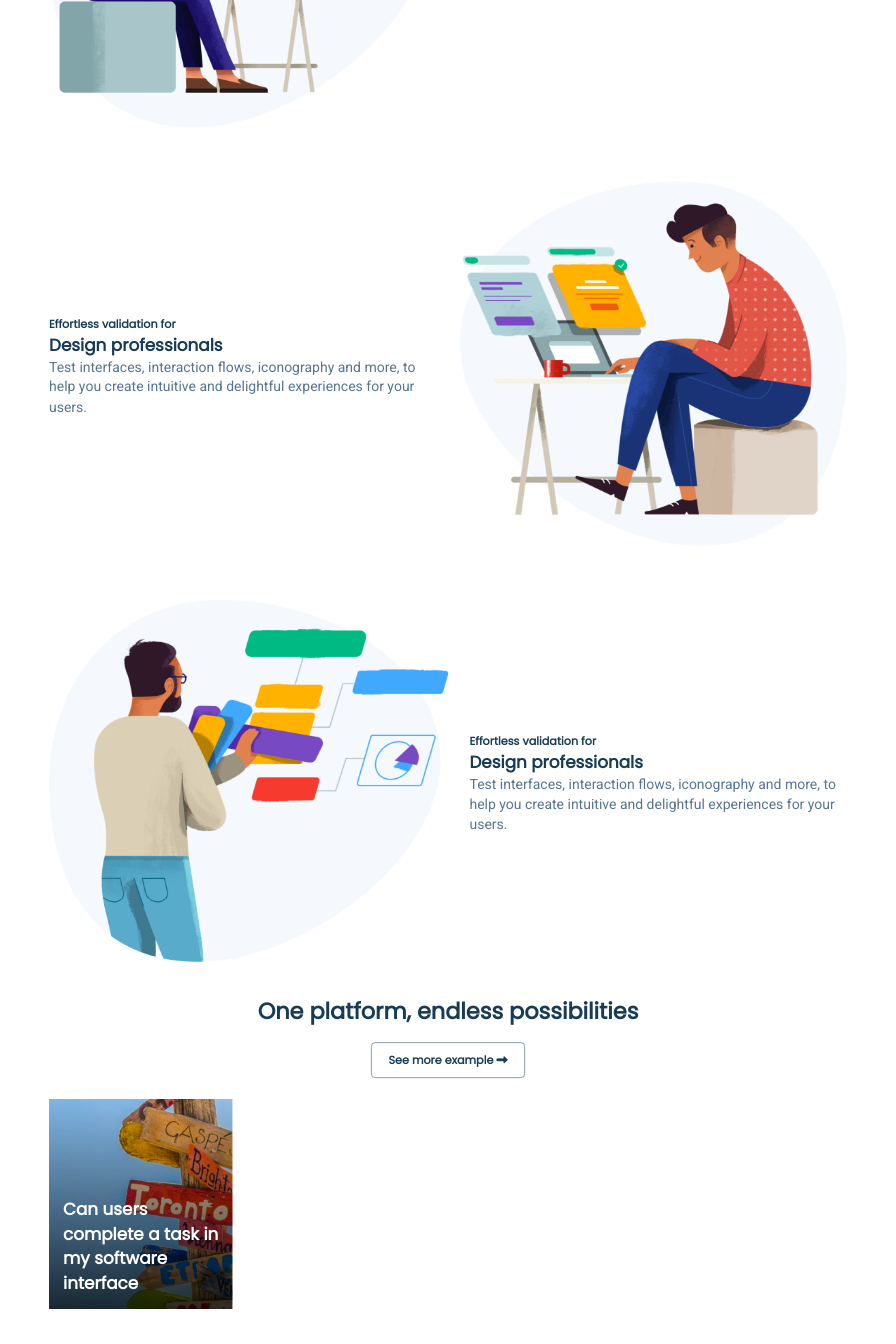
Repository: ramlakhan1/clone1
Page: index.html
An editor plug-in stored every save of this project. The page is shown before and after the next save, followed by the edit.
The browser window is 1280 px wide. The pictures show the part of the page from y = 2160 to 4080 px (the page is 4080 px tall), at 70% of full size.
Some web libraries are served in a nearby version.

Above is the page before, as saved 2022-11-29 21:34:51.

### index.html
<!DOCTYPE html>
<html lang="en">
  <head>
    <meta charset="UTF-8" />
    <meta http-equiv="X-UA-Compatible" content="IE=edge" />
    <meta name="viewport" content="width=device-width, initial-scale=1.0" />
    <title>Document</title>
    <link rel="stylesheet" href="style.css" />
  </head>
  <body>
    <div class="top-banner">
      <div class="container">
        <div class="small-bold-text banner-text">
          🥳 New to UsabilityHub: Open and closed card sorting!
        </div>
      </div>
    </div>
    <nav>
      <div class="container main-nav flex">
        <a href="#" class="company-logo">
          <img src="./assets/asset 1.png" alt="company logo" />
        </a>
        <div class="nav-links">
          <ul class="flex">
            <li><a href="#" class="hover-links">Products</a></li>
            <li><a href="#" class="hover-links">Customer</a></li>
            <li><a href="#" class="hover-links">Pricing</a></li>
            <li><a href="#" class="hover-links">Resources</a></li>
            <li>
              <a href="#" class="hover-links secondary-button">Sign in</a>
            </li>
            <li><a href="#" class="hover-links primary-button">Sign up</a></li>
          </ul>
        </div>
      </div>
    </nav>
    <header>
      <div class="container header-section flex">
        <div class="header-left">
          <h1>Design confidently</h1>
          <p>
            UsabilityHub is a remote user research platform that takes the
            guesswork out of design decisions by validating them with real
            users.
          </p>
          <a href="#" class="primary-button get-started-btn">Get started</a>
        </div>
        <div class="header-right">
          <img src="./assets/asset 2.png" alt="hero-image" />
        </div>
      </div>
    </header>
    <div class="companies-section">
      <div class="container">
        <div class="small-bold-text companies-header">
          The world’s best companies rely on UsabilityHub to make better design
          decisions.
        </div>
        <div class="logos flex">
          <img src="./assets/asset 3.png" class="logo" alt="" />
          <img src="./assets/asset 4.png" class="logo" alt="" />
          <img src="./assets/asset 5.png" class="logo" alt="" />
          <img src="./assets/asset 6.png" class="logo" alt="" />
          <img src="./assets/asset 7.png" class="logo" alt="" />
          <img src="./assets/asset 8.svg" class="logo" alt="" />
          <img src="./assets/asset 9.png" class="logo" alt="" />
        </div>
      </div>
    </div>
    <section class="features-section">
      <div class="container">
        <div class="features-header">
          <h2>Yours user research Swiss Army knife</h2>
          <a href="#" class="secondary-button"
            >See all feature <i class="fa-solid fa-right-long"></i
          ></a>
        </div>
        <div class="features-area flex">
          <div class="features-card flex">
            <img src="./assets/asset 11.svg" alt="" />
            <h3>Card Sorting</h3>
            <p>Discover how people group and label information.</p>
            <a href="#" class="secondary-button"
              >Learn more <i class="fa-solid fa-right-long"></i
            ></a>
          </div>
          <div class="features-card flex">
            <img src="./assets/asset 13.svg" alt="" />
            <h3>Prototype tests</h3>
            <p>Discover how people navigate your Figma prototypes.</p>
            <a href="#" class="secondary-button"
              >Learn more <i class="fa-solid fa-right-long"></i
            ></a>
          </div>
          <div class="features-card flex">
            <img src="./assets/asset 14.svg" alt="" />
            <h3>First click tests</h3>
            <p>Test interaction with first click and navigation tests.</p>
            <a href="#" class="secondary-button"
              >Learn more <i class="fa-solid fa-right-long"></i
            ></a>
          </div>
          <div class="features-card flex">
            <img src="./assets/asset 15.svg" alt="" />
            <h3>Design surveys</h3>
            <p>Get feedback on images, videos or audio files.</p>
            <a href="#" class="secondary-button"
              >Learn more <i class="fa-solid fa-right-long"></i
            ></a>
          </div>
          <div class="features-card flex">
            <img src="./assets/asset 16.svg" alt="" />
            <h3>Preference tests</h3>
            <p>Find out which designs users prefer and why.</p>
            <a href="#" class="secondary-button"
              >Learn more <i class="fa-solid fa-right-long"></i
            ></a>
          </div>
          <div class="features-card flex">
            <img src="./assets/asset 17.svg" alt="" />
            <h3>Five second tests</h3>
            <p>Test comprehensibility by measuring first impressions.</p>
            <a href="#" class="secondary-button"
              >Learn more <i class="fa-solid fa-right-long"></i
            ></a>
          </div>
        </div>
      </div>
    </section>
    <section class="big-feature-section">
      <div class="container flex big-feature-container">
        <div class="feature-img">
          <img src="./assets/asset 18.png" alt="" />
        </div>
        <div class="feature-desc flex">
          <h4>Effortless validation for</h4>
          <h3>Design professionals</h3>
          <p>
            Test interfaces, interaction flows, iconography and more, to help
            you create intuitive and delightful experiences for your users.
          </p>
        </div>
      </div>
    </section>
    <section class="big-feature-section">
      <div
        class="container flex big-feature-container"
        style="flex-direction: row-reverse"
      >
        <div class="feature-img">
          <img src="./assets/asset 21.png" alt="" />
        </div>
        <div class="feature-desc flex">
          <h4>Effortless validation for</h4>
          <h3>Design professionals</h3>
          <p>
            Test interfaces, interaction flows, iconography and more, to help
            you create intuitive and delightful experiences for your users.
          </p>
        </div>
      </div>
    </section>
    <section class="big-feature-section">
      <div class="container flex big-feature-container">
        <div class="feature-img">
          <img src="./assets/asset 24.png" alt="" />
        </div>
        <div class="feature-desc flex">
          <h4>Effortless validation for</h4>
          <h3>Design professionals</h3>
          <p>
            Test interfaces, interaction flows, iconography and more, to help
            you create intuitive and delightful experiences for your users.
          </p>
        </div>
      </div>
    </section>

    <section class="example-section">
      <div class="container">
        <div class="example-header flex">
          <h2 class="example-heading-text">
            One platform, endless possibilities
          </h2>
          <a href="#" class="secondary-button"
            >See more example <i class="fa-solid fa-right-long"></i
          ></a>
        </div>
        <div class="example-area flex">
          <a href="#" class="examples-card">
            <h3 class="card-text">
              Can users complete a task in my software interface
            </h3>
          </a>
        </div>
      </div>
    </section>
    <section class="cta-section"></section>
    <footer></footer>
    <div class="sunfooter"></div>
    <script
      src="https://kit.fontawesome.com/4353b2cb35.js"
      crossorigin="anonymous"
    ></script>
  </body>
</html>

### style.css
@import url('https://fonts.googleapis.com/css2?family=Poppins&family=Roboto&display=swap');

*{
    margin: 0;
    padding: 0;
    box-sizing: border-box;
}
:root {
    --primary-text-color: #183b56;
    --secondary-text-color: #577592;
    --accent-color: #2294ed;
    --accent-color-dark: #1d69a3;
    --padding-inline-section: 20px;
}
body {
    font-family: 'Poppins', sans-serif;
    color: var(--primary-text-color);
}

h1{
    font-size: 3rem;
}
h2 {
    font-size: 2rem;
}
h3{
    font-size: 1.5rem;
}
p{
    font-family: 'Roboto', sans-serif;
    font-size: 1.25rem;
    color: var(--secondary-text-color);
    line-height: 1.8rem;
}
.primary-button {
    background-color: var(--accent-color);
    border-radius: 6px;
    font-weight: 700;
    color: white !important;;
    padding: 12px 24px;
    box-shadow: 0 0 2px var(--secondary-text-color);
    transition: 0.s ease-out;
}
.secondary-button {
    border: 0.5px solid var(--secondary-text-color);
    border-radius: 6px;
    font-weight: 700;
    color: var(--primary-text-color) !important;
    padding: 12px 24px;
    transition: 0.2 ease-out;
}
.secondary-button:hover {
    border-color: var(--accent-color);
    color: var(--accent-color) !important;
}

.primary-button:hover {
    background-color: var(--accent-color-dark);
}
.hover-links {
    color: var(--primary-text-color)
}

.hover-links:hover {
    color: var(--accent-color);
    transition: 0.2s ease-out;
}

a {
    text-decoration: none;
    display: inline-block;
}
.container {
    max-width: 1180px;
    margin-inline:  auto;
    padding: var(--padding-inline-section);
}
.flex {
    display: flex;
    align-items: center;
}
.small-bold-text {
    font-size: 1rem;
    font-weight: 700;
}
.banner-text {
    color: white;
    padding: 15px 30px;
    text-align: center;
}
.top-banner {
    background-image: url('./assets/asset\30.png');
    background-color: #4fb3d4;
    background-size: 300px;
}
ul{
    list-style-type: none;
}
.main-nav{
    margin-top: 20px;
justify-content: space-between;
}
.company-logo img {
    width: 200px;
}
.nav-links{
    flex-basis: 730px;
}
.nav-links ul{
 justify-content: end;
 gap: 40px;
}

header {
    padding: 50px var(--padding-inline-section) 0;
}
.header-left h1{
    margin-top: 20px;
}
.header-left {
    max-width: 40vw;
}
.header-section {
    justify-content: center;
    gap: 50px;
}

.header-right img {
    width: 600px;
}
.get-started-btn {
    margin-top: 20px;
}

.companies-header {
    text-align: center;
    margin-block: 30px;
    color: var(--primary-text-color);
}
.logos {
    justify-content: space-between;
    flex-wrap: wrap;
}
.logo{
  height: 46px;
}
.features-section{
    padding: 80px var(--padding-inline-section) 0;
    background-image: url('./assets/asset\ 32.svg');
    background-repeat: no-repeat;
    background-position: center;
}
.features-header{
    text-align: center;
}
.features-header h2{
    margin-bottom: 20px;
}
.features-area {
    flex-wrap: wrap;
    justify-content: space-between;
    gap: 40px;
    margin-top: 20px;
}
.features-card {
    flex-direction: column;
    gap: 20px;
    max-width: 30%;
    text-align: center;
}
.big-feature-section {
    padding: 30px var(--padding-inline-section) 0;
}
.big-feature-container {
    gap: 30px;
}
.feature-img img{
 width: 100%;
}
.feature-desc {
    flex-direction: column;
    align-items: flex-start;

}

.example-header {
    /* text-align: center; */
    flex-direction: column;
    gap: 20px;
}
.example-area{
    justify-content: space-between;
    margin-block: 30px;
}

.examples-card {
    width: 23%;
    position: relative;
    min-height: 300px;
    background: black;
    background: linear-gradient(rgb(0, 0, 0, 0.1), rgb(0, 0, 0, 0.8)), url('./assets/asset\ 35.jpeg');
}
.card-text{
    position: absolute;
    bottom: 20px;
    left: 20px;
    right: 20px;
    color: white;
}

After the next save:
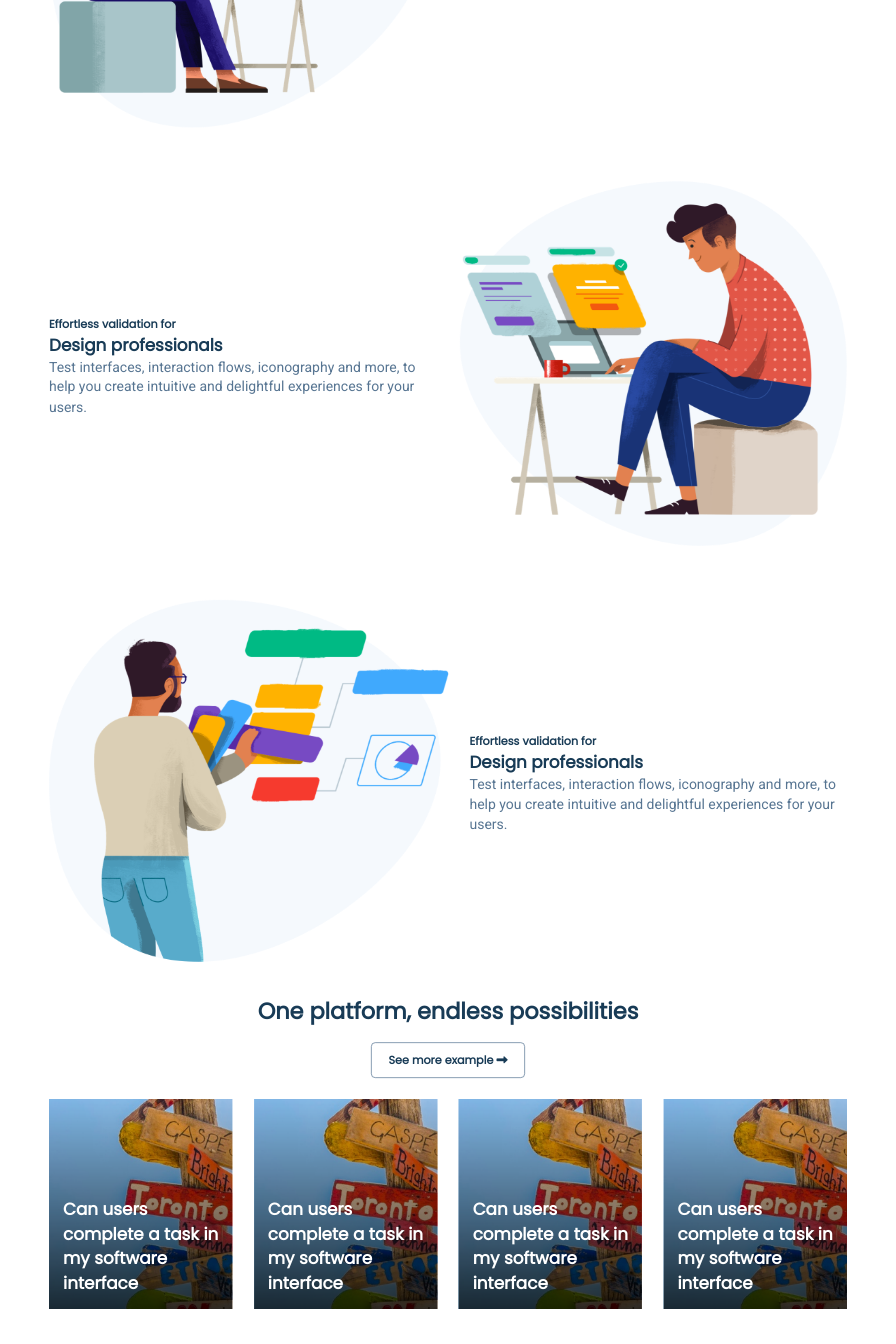
Saved 38 s later.
--- a/index.html
+++ b/index.html
@@ -192,6 +192,21 @@
               Can users complete a task in my software interface
             </h3>
           </a>
+          <a href="#" class="examples-card">
+            <h3 class="card-text">
+              Can users complete a task in my software interface
+            </h3>
+          </a>
+          <a href="#" class="examples-card">
+            <h3 class="card-text">
+              Can users complete a task in my software interface
+            </h3>
+          </a>
+          <a href="#" class="examples-card">
+            <h3 class="card-text">
+              Can users complete a task in my software interface
+            </h3>
+          </a>
         </div>
       </div>
     </section>
